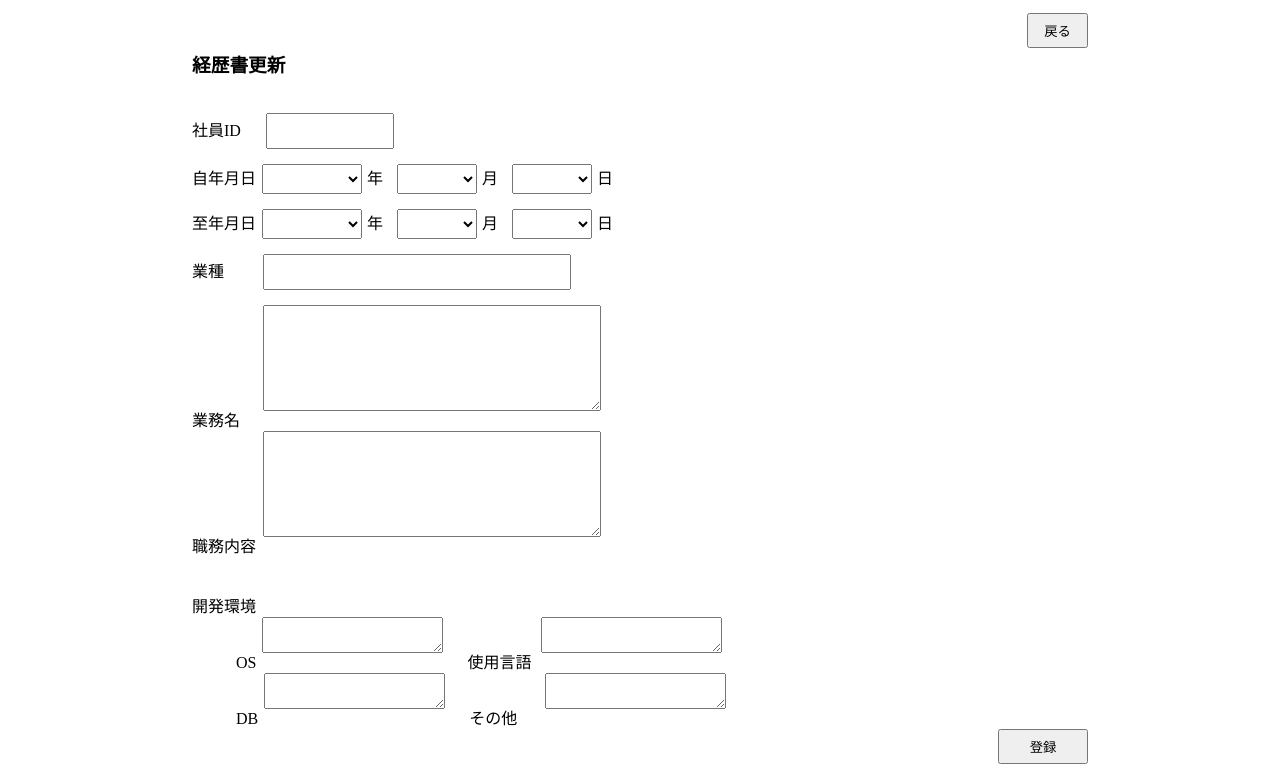
Repository: nguyenvantandev/WebApp
Page: http://localhost/EmployeeInfoSystem/ResumeUpdate.jsp
An editor plug-in stored every save of this project. The page is shown before and after the next save, followed by the edit.
The browser window is 1280 px wide. The pictures show the whole page.
Some web libraries are served in a nearby version. The page is served by Tomcat 9.

Above is the page before, as saved 2016-06-15 01:28:13.

After the next save:
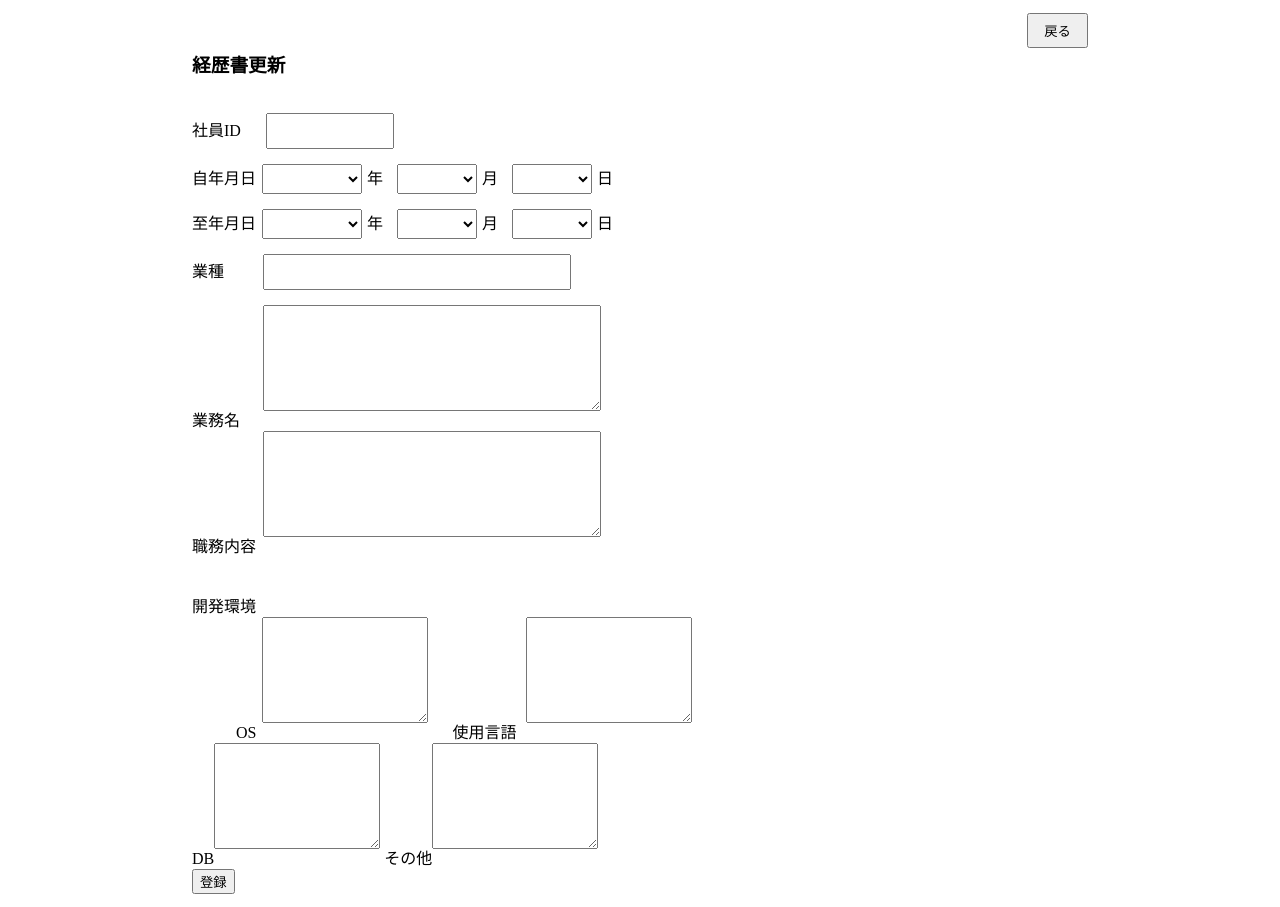
Saved 82 s later.
--- a/EmployeeInfoSystem/WebContent/css/ResumeUpdate.css
+++ b/EmployeeInfoSystem/WebContent/css/ResumeUpdate.css
@@ -90,7 +90,9 @@ h3{
 	margin-left: 44px;
 	    margin-right: 6px;
 }
-#os{
+#os, #shiyogengo, #db, #sonohoka{
+	    height: 100px;
+    width: 160px;
 	 margin-bottom: 15px;
 }
 #label_shiyogengo{
@@ -98,21 +100,20 @@ h3{
     margin-right: 10px;
 }
 #shiyogengo{
-	 margin-bottom: 15px;
-}
+
 #label_db{
 	margin-left: 44px;
 	    margin-right: 6px;
 }
 #db{
-	 margin-bottom: 15px;
+
 }
 #label_sonohoka{
 	        margin-left: 20px;
     margin-right: 28px;
 }
 #sonohoka{
-	 margin-bottom: 15px;
+
 }
 #addUpd{
 	    right: 15%;
